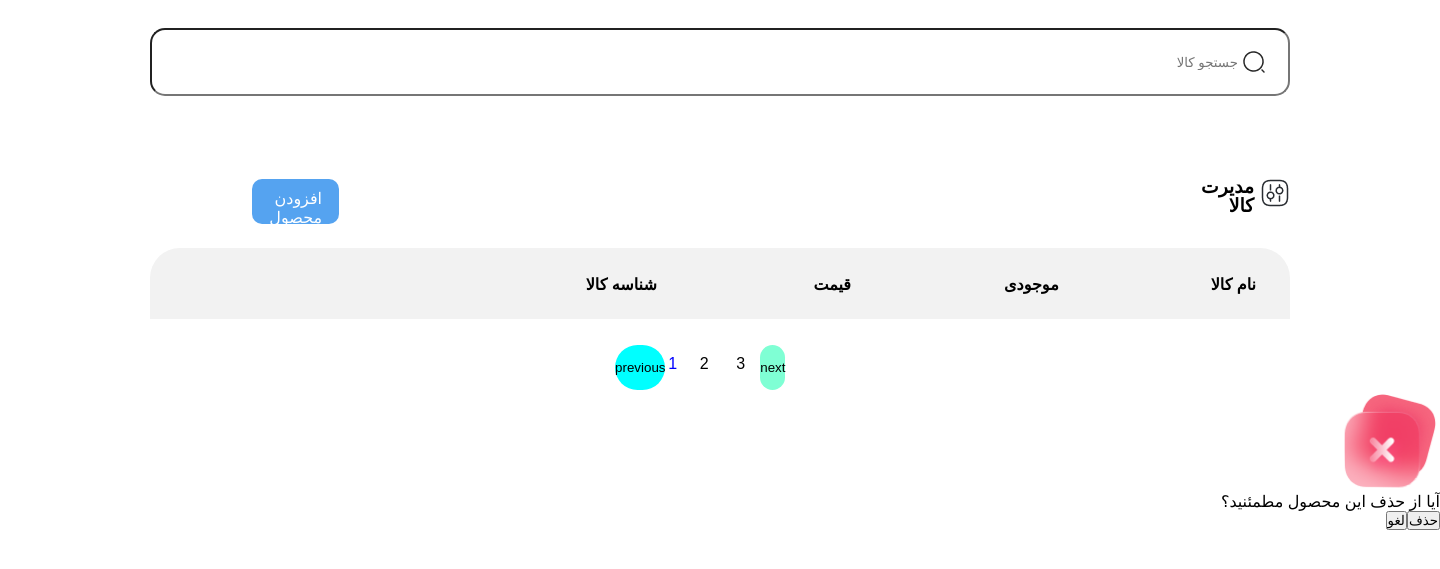
Repository: sobhan-rahimii/project-panel-admin-Next.Js
Page: /dashboard
The author's editor kept a copy of each file at every save. The page is drawn from the files as they stood at one save, then again after the next save.
The browser window is 1280 px wide. The page is 1440 px wide, so the pictures cover 1440 px, including what lies to the right of the window. The pictures show the whole page.
The page's requests for data from a server got no answer. The project was rebuilt for these pictures with package versions that can differ from the ones it lists, and the page was loaded fresh each time. The framework's server and built-in components were replaced by stand-ins that run in the browser. No one was signed in, and anything a server would have sent is missing. Also part of the build but not shown: next.config.mjs, styles/AddProductModal.module.css, components/AddProductModal.js.

Above is the page before, as saved 2025-09-02 11:31:28.

After the next save:
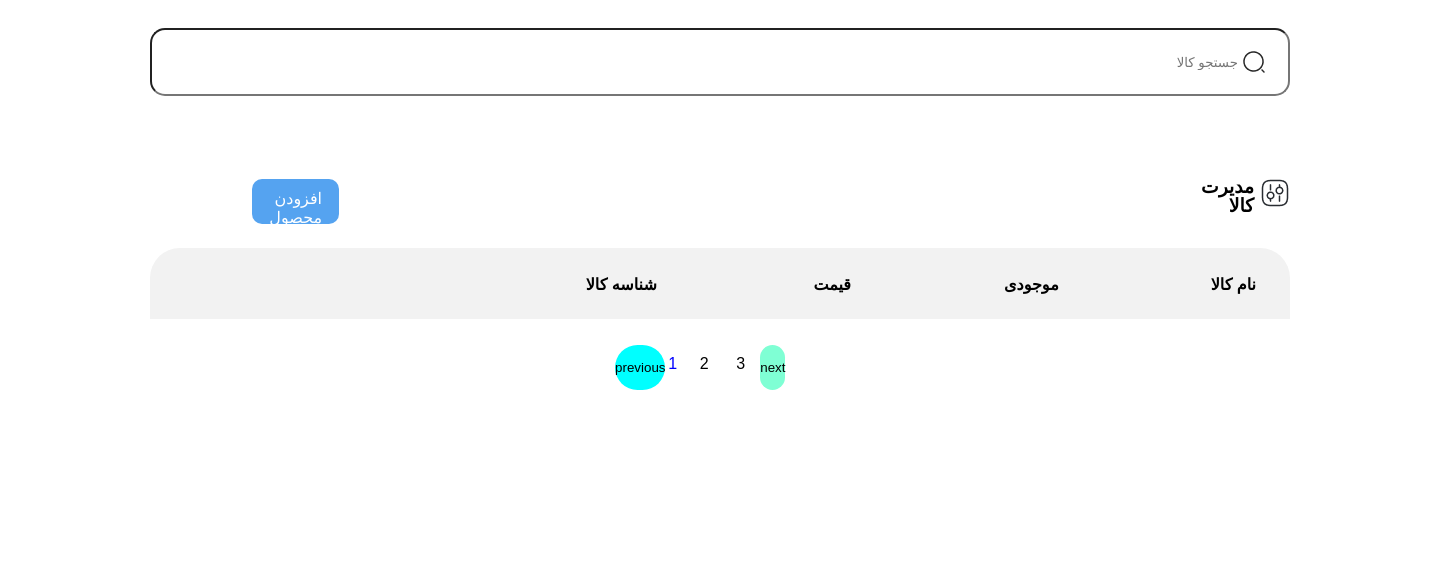
Saved 6 s later.
--- a/components/DeleteProductModal.js
+++ b/components/DeleteProductModal.js
@@ -2,6 +2,7 @@ import React from 'react'
 import Image from 'next/image'
 
 function DeleteProductModal({isopenDelete,setIsopendelete,submitDeleteHandler}) {
+    if (isopenDelete)
   return (
 
     <div>
